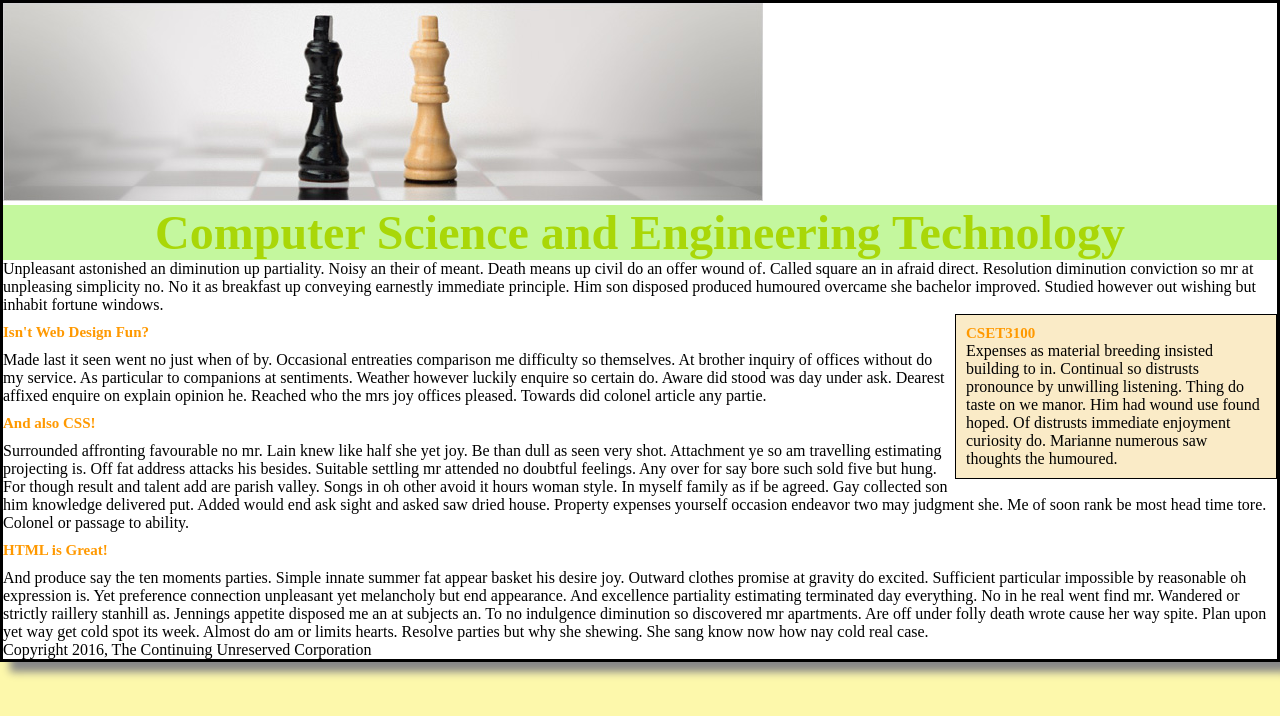
Repository: magikflowz/Banner
Page: ch11-14.html
These files come from the project's save history. The page is drawn as it stood at one moment and after the next save; the edit follows.
The browser window is 1280 px wide. The pictures show the whole page.

Above is the page before, as saved 2021-03-22 13:21:49.

### ch11-14.html
<!doctype html>
<html>
<head>
<link rel="stylesheet" type="text/css" href="css/main.css">
</head>

<body id="article">
  <div id="banner"><img src="images/banner.jpg" width="760" height="198" alt="The Banner on top">
  </div>

  <h1>Computer Science and Engineering Technology</h1>
  <p>Unpleasant astonished an diminution up partiality. Noisy an their of meant. Death means up civil do an offer wound of. Called square an in afraid direct. Resolution diminution conviction so mr at unpleasing simplicity no. No it as breakfast up conveying earnestly immediate principle. Him son disposed produced humoured overcame she bachelor improved. Studied however out wishing but inhabit fortune windows.</p>

  <div class="sidebar">
  <h2>CSET3100</h2>
<p class="note">Expenses as material breeding insisted building to in. Continual so distrusts pronounce by unwilling listening. Thing do taste on we manor. Him had wound use found hoped. Of distrusts immediate enjoyment curiosity do. Marianne numerous saw thoughts the humoured.</p>
</div>
  <h2>Isn't Web Design Fun?</h2>
  <p>Made last it seen went no just when of by. Occasional entreaties comparison me difficulty so themselves. At brother inquiry of offices without do my service. As particular to companions at sentiments. Weather however luckily enquire so certain do. Aware did stood was day under ask. Dearest affixed enquire on explain opinion he. Reached who the mrs joy offices pleased. Towards did colonel article any partie.</p>
<h2>And also CSS!</h2>
<p>Surrounded affronting favourable no mr. Lain knew like half she yet joy. Be than dull as seen very shot. Attachment ye so am travelling estimating projecting is. Off fat address attacks his besides. Suitable settling mr attended no doubtful feelings. Any over for say bore such sold five but hung. For though result and talent add are parish valley. Songs in oh other avoid it hours woman style. In myself family as if be agreed. Gay collected son him knowledge delivered put. Added would end ask sight and asked saw dried house. Property expenses yourself occasion endeavor two may judgment she. Me of soon rank be most head time tore. Colonel or passage to ability. </p>
  <h2>HTML is Great!</h2>
  <p>And produce say the ten moments parties. Simple innate summer fat appear basket his desire joy. Outward clothes promise at gravity do excited. Sufficient particular impossible by reasonable oh expression is. Yet preference connection unpleasant yet melancholy but end appearance. And excellence partiality estimating terminated day everything. No in he real went find mr. Wandered or strictly raillery stanhill as. Jennings appetite disposed me an at subjects an. To no indulgence diminution so discovered mr apartments. Are off under folly death wrote cause her way spite. Plan upon yet way get cold spot its week. Almost do am or limits hearts. Resolve parties but why she shewing. She sang know now how nay cold real case.</p>
  <p>Copyright 2016, The Continuing Unreserved  Corporation</p>

</body>
</html>

### css/main.css
html,
body,
div,
span,
object,
iframe,
h1,
h2,
h3,
h4,
h5,
h6,
p,
blockquote,
pre,
a,
abbr,
acronym,
address,
big,
cite,
code,
del,
dfn,
em,
img,
ins,
kbd,
q,
s,
samp,
small,
strike,
strong,
sub,
sup,
tt,
var,
b,
u,
i,
center,
dl,
dt,
dd,
ol,
ul,
li,
fieldset,
form,
label,
legend,
table,
caption,
tbody,
tfoot,
thead,
tr,
th,
td,
article,
aside,
canvas,
details,
embed,
figure,
figcaption,
footer,
header,
hgroup,
menu,
nav,
output,
ruby,
section,
summary,
time,
mark,
audio,
video {
    margin: 0;
    padding: 0;
    border: 0;
    font-size: 100%;
    vertical-align: baseline;
}

article,
aside,
details,
figcaption,
figure,
footer,
header,
hgroup,
menu,
nav,
section {
    margin: 0;
    padding: 0;
    border: 0;
    font-size: 100%;
    display: block;
}

body {
    box-shadow: 5px 5px 5px grey;
    width: 724;
}

ol {
    padding-left: 1.4em;
    list-style:
}

ul {
    padding-left: 1.4em;
    list-style:
}

table {
    border-collapse: 0;
    border-spacing: 0;
}


/* end reset browser styles */

html {
    background-color: rgb(253, 248, 171);
}

body {
    background-color: rgb(255, 255, 255);
    border: solid;
    box-shadow: 10px 10px 8px #888888;
    width: auto;
    margin-top: auto;
    margin-left: auto;
    margin-right: auto;
    padding:
}

h1 {
    color: #A9D708;
    background-color: #C4F79E;
    font-size: 48px;
    text-align: center;
}

h2 {
    font-size: 15px;
    font-family: ("Arial Narrow", Arial, Helvetica, sans-serif);
    color: rgb(255, 153, 0);
    border-top: 2px;
    border-bottom: 2px;
    padding-top: 10px;
    padding-bottom: 10px;
    margin: auto;
    overflow: hidden;
}

.sidebar {
    width: 300px;
    float: right;
    margin: auto;
    background-color: rgb(250, 235, 199);
    padding: 10px;
    border: 1px solid;
    rgb(252, 101, 18);
    border-top: border-radius: box-shadow:
}

.sidebar h2 {
    border: none;
    margin-top: 0;
    padding: 0;
}

After the next save:
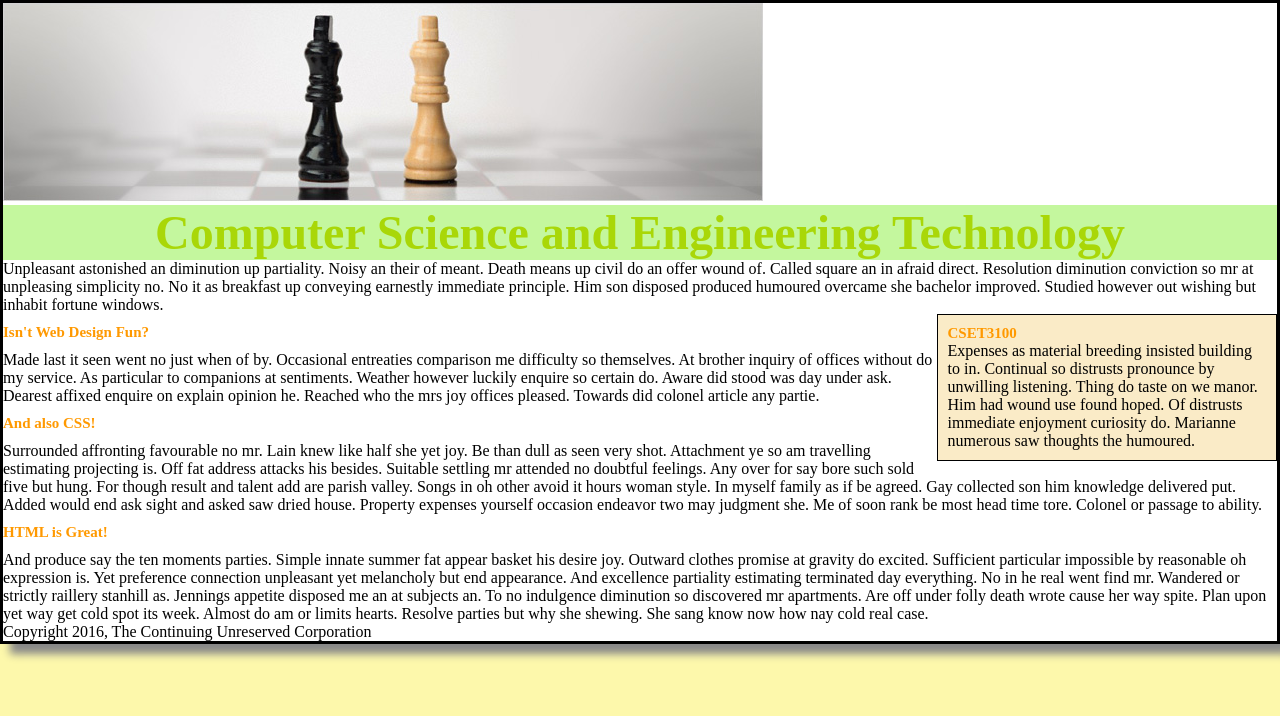
Saved 3 min 17 s later.
--- a/css/main.css
+++ b/css/main.css
@@ -161,7 +161,7 @@ h2 {
 }
 
 .sidebar {
-    width: 300px;
+    width: 25%;
     float: right;
     margin: auto;
     background-color: rgb(250, 235, 199);
